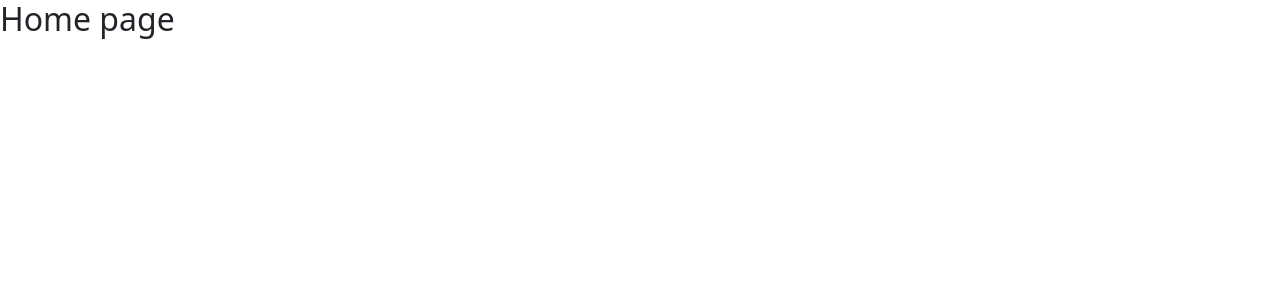
Repository: TanTran3004/portfolio-react
Page: /
These files come from the project's save history. The page is drawn as it stood at one moment and after the next save; the edit follows.
The browser window is 1280 px wide. The pictures show the whole page.
The project was rebuilt for these pictures with package versions that can differ from the ones it lists, and the page was loaded fresh each time.

Above is the page before, as saved 2022-05-11 16:48:22.

### public/index.html
<!DOCTYPE html>
<html lang="en">
  <head>
    <meta charset="utf-8" />
    <link rel="icon" href="%PUBLIC_URL%/favicon.ico" />
    <meta name="viewport" content="width=device-width, initial-scale=1" />
    <meta name="theme-color" content="#000000" />
    <meta
      name="description"
      content="Web site created using create-react-app"
    />
    <link rel="apple-touch-icon" href="%PUBLIC_URL%/logo192.png" />

    <link rel="manifest" href="%PUBLIC_URL%/manifest.json" />

    <title>E-commerce</title>
  </head>
  <body>
    <noscript>You need to enable JavaScript to run this app.</noscript>
    <div id="root"></div>
    <!--
      This HTML file is a template.
      If you open it directly in the browser, you will see an empty page.

      You can add webfonts, meta tags, or analytics to this file.
      The build step will place the bundled scripts into the <body> tag.

      To begin the development, run `npm start` or `yarn start`.
      To create a production bundle, use `npm run build` or `yarn build`.
    -->
  </body>
</html>

### src/index.js
import React from "react";
import ReactDOM from "react-dom";
import "bootstrap/dist/css/bootstrap.css";
import App from "./App";

ReactDOM.render(<App />, document.getElementById("root"));

### src/App.js
import { BrowserRouter as Router, Routes, Route } from "react-router-dom";
import { publicRoutes } from "./routes";
import { DefaultLayout } from "./components/Layout";
function App() {
  return (
    <Router>
      <div className="App">
        <Routes>
          {publicRoutes.map((route, index) => {
            const Page = route.component;
            return <Route key={index} path={route.path} element={<Page />} />;
          })}
        </Routes>
      </div>
    </Router>
  );
}

export default App;

### src/routes/index.jsx
import Home from "../pages/Home";

const publicRoutes = [{ path: "/", component: Home }];

const privateRoutes = [];

export { publicRoutes, privateRoutes };

### src/components/Layout/DefaultLayout/index.jsx
import Header from "./Header";
import Footer from "./Footer";

function DefaultLayout({ children }) {
  return (
    <div>
      <Header />
      <div className="container">
        <div className="content">{children}</div>
      </div>
      <Footer />
    </div>
  );
}

export default DefaultLayout;

### src/components/Layout/DefaultLayout/Footer/index.jsx
function Footer() {
  return <h2>Footer</h2>;
}

export default Footer;

Loaded but not shown: src/components/Layout/index.jsx (common file); src/pages/Home/index.jsx (common file); src/components/Layout/DefaultLayout/Header/index.jsx (common file)

After the next save:
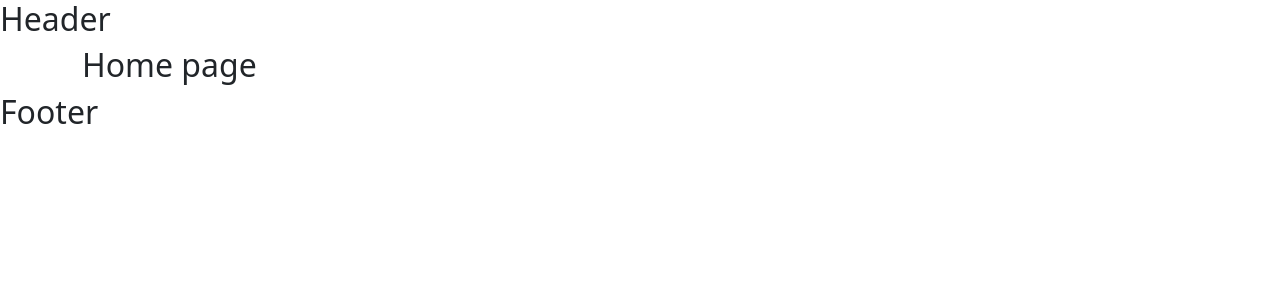
Saved 3 min 9 s later.
--- a/src/App.js
+++ b/src/App.js
@@ -7,8 +7,19 @@ function App() {
       <div className="App">
         <Routes>
           {publicRoutes.map((route, index) => {
+            const Layout = route.layout || DefaultLayout;
             const Page = route.component;
-            return <Route key={index} path={route.path} element={<Page />} />;
+            return (
+              <Route
+                key={index}
+                path={route.path}
+                element={
+                  <Layout>
+                    <Page />
+                  </Layout>
+                }
+              />
+            );
           })}
         </Routes>
       </div>
